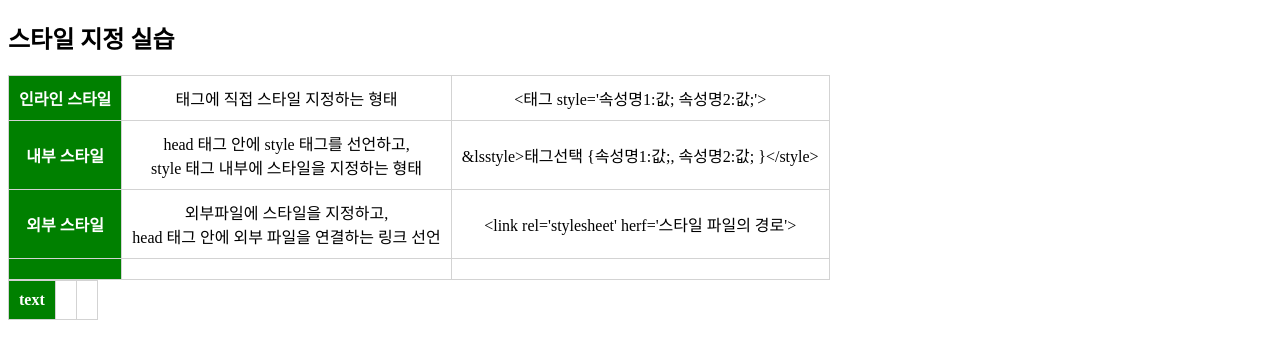
Repository: itkezi/HTML_2022_505
Page: Web/WebContent/style/index.html
These files come from the project's save history. The page is drawn as it stood at one moment and after the next save; the edit follows.
The browser window is 1280 px wide. The pictures show the whole page.

Above is the page before, as saved 2022-03-22 08:31:50.

### Web/WebContent/style/index.html
<!DOCTYPE html>
<html>
<head>
<meta charset="UTF-8">
<title>스타일 실습</title>
<link rel='stylesheet' href='../css/common.css'>
<style>
table {widyh:1024px}
</style>
</head>
<body>
<h2>스타일 지정 실습</h2>
<table>
	<tr>
		<th>인라인 스타일</th>
		<td>태그에 직접 스타일 지정하는 형태</td>
		<td>&lt태그 style='속성명1:값; 속성명2:값;'&gt</td>
	</tr>
	<tr>
		<th>내부 스타일</th>
		<td>head 태그 안에 style 태그를 선언하고,<br>
			style 태그 내부에 스타일을 지정하는 형태</td>
		<td>&lsstyle&gt태그선택 {속성명1:값;, 속성명2:값; }&lt/style&gt</td>
			<!--
				< = &lt  / > = &gt / 공백 = &nbsp
			 -->
	</tr>
	<tr>
		<th>외부 스타일</th>
		<td>외부파일에 스타일을 지정하고,<br>
		head 태그 안에 외부 파일을 연결하는 링크 선언</td>
		<td>&ltlink rel='stylesheet' herf='스타일 파일의 경로'&gt</td>

	</tr>
	<tr>
		<th></th>
		<td></td>
		<td></td>
	</tr>
</table>

<table>
	<tr>
		<th>text</th>
		<td></td>
		<td></td>
	</tr>
</table>

</body>
</html>

### Web/WebContent/css/common.css
@charset "UTF-8";
table { border-collapse: collapse; }
th, td { border: 1px solid lightgray; padding: 10px ; text-align: center; }
th {	background-color:green; color:white; }

After the next save:
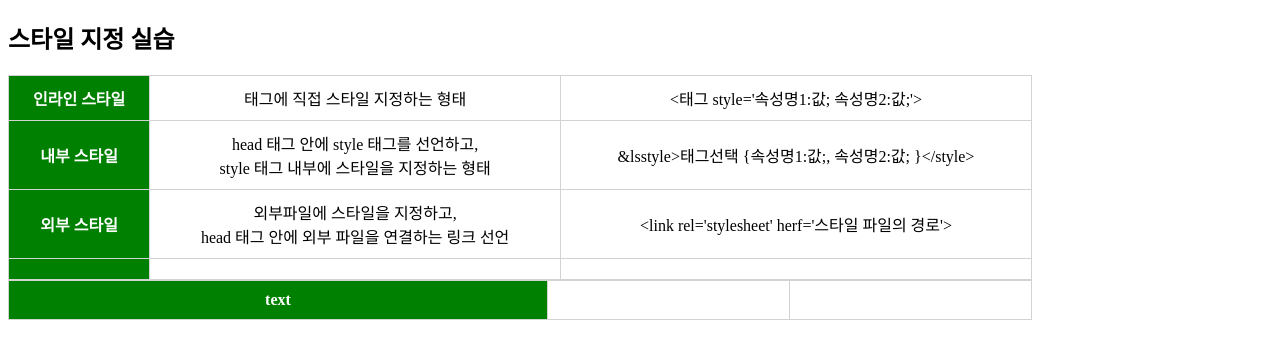
Saved 5 s later.
--- a/Web/WebContent/style/index.html
+++ b/Web/WebContent/style/index.html
@@ -5,7 +5,7 @@
 <title>스타일 실습</title>
 <link rel='stylesheet' href='../css/common.css'>
 <style>
-table {widyh:1024px}
+table {width:1024px}
 </style>
 </head>
 <body>
